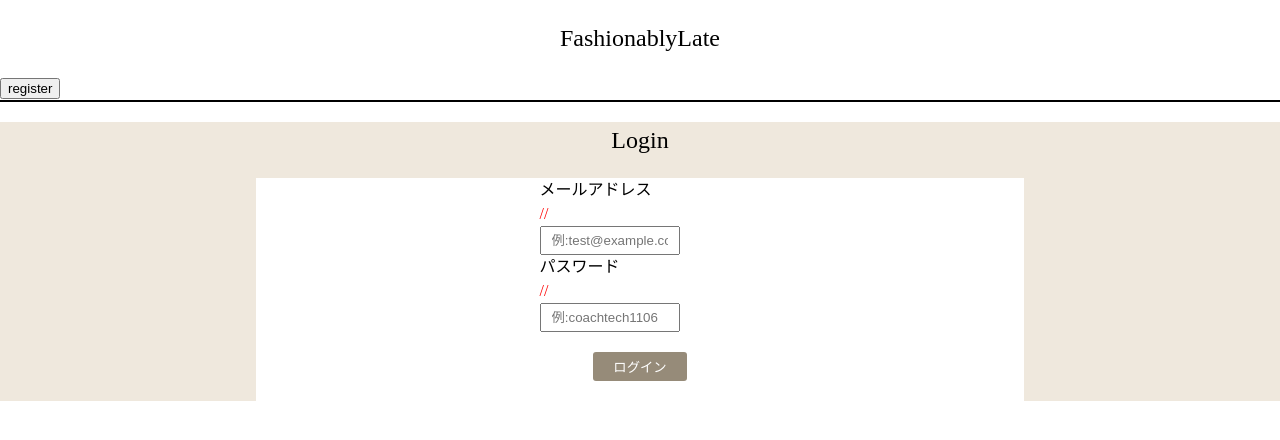
Repository: mayu-ya/test_form
Page: http://localhost/
An editor plug-in stored every save of this project. The page is shown before and after the next save, followed by the edit.
The browser window is 1280 px wide. The pictures show the whole page.
The page is served by the project's Laravel application, run on PHP 8.4 with Laravel 8.

Above is the page before, as saved 2026-01-17 16:35:06.

After the next save:
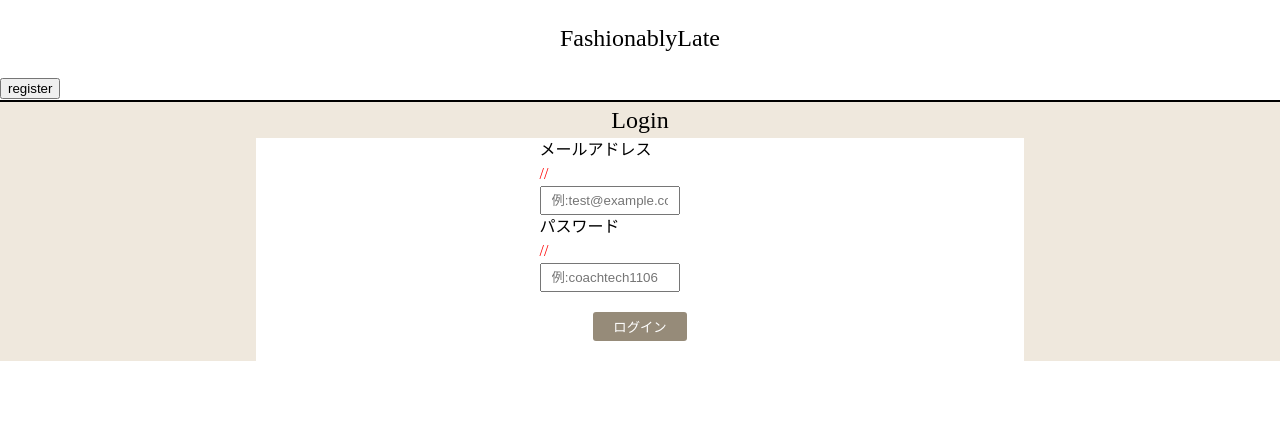
Saved 80 s later.
--- a/src/public/css/login.css
+++ b/src/public/css/login.css
@@ -1,6 +1,4 @@
-main {
-    margin-top: 0 !important;
-}
+
 
 .content {
     max-width: 1536px;
@@ -15,6 +13,7 @@ main {
 .title-h {
     text-align: center;
     font-weight: lighter;
+    margin: 0;
 }
 
 .form {
